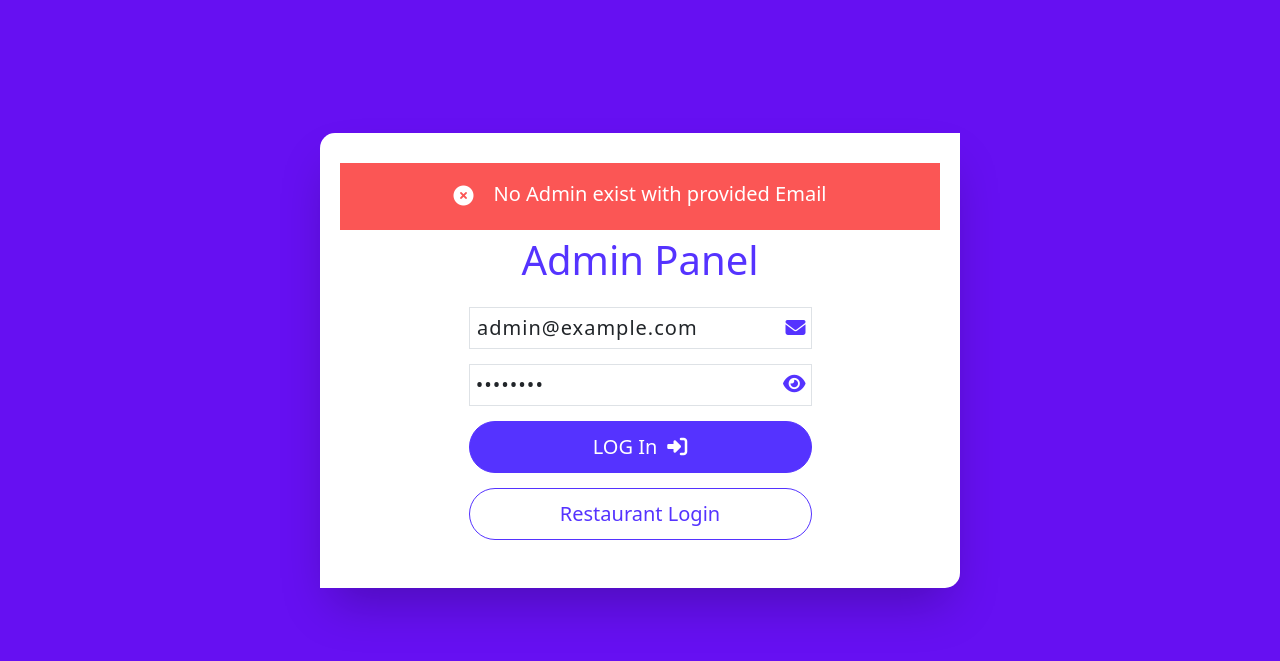
Repository: FlyweisReact/GopalAdminPanel
Page: /
An editor plug-in stored every save of this project. The page is shown before and after a run of saves, followed by the edit.
The browser window is 1280 px wide. The pictures show the whole page.
Some web libraries are served in a nearby version. The project was rebuilt for these pictures with package versions that can differ from the ones it lists, and the page was loaded fresh each time. Also part of the build but not shown: src/components/pages/Dashboard.jsx, src/vendorPanel/components/Auth.jsx, src/components/BaseUrl.jsx, src/components/pages/products/Products.jsx, src/components/pages/categories/Categories.jsx, src/components/pages/banner/Banner.jsx, src/components/pages/orders/Orders.jsx, src/components/pages/terms/Terms.jsx and 50 more. Imported but missing from the stored project, and not drawn on this page: src/components/layout/HOC.

Above is the page before, as saved 2023-04-03 13:11:02.

After the next 2 saves:
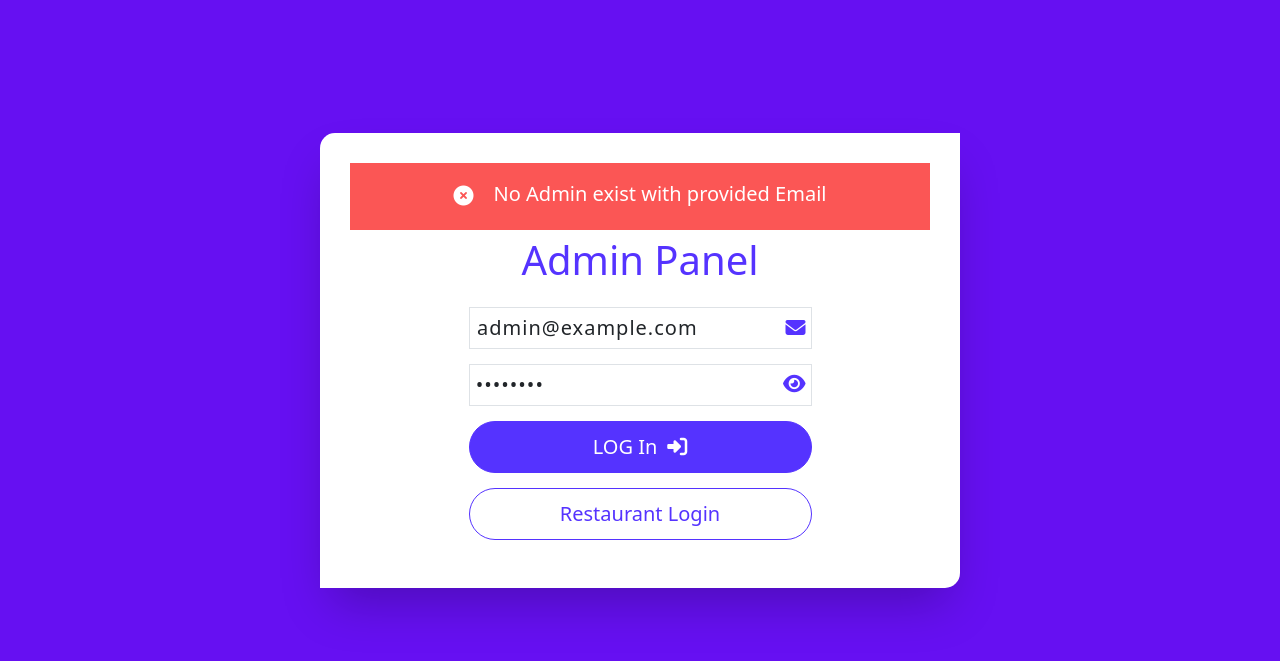
The 2 saves are shown as one change because they came seconds apart.
The last was saved 8 s later.
--- a/src/index.css
+++ b/src/index.css
@@ -138,7 +138,7 @@ code {
 }
 
 .alertDiv{
-  width: 600px;
+  width: 100%;
   display: flex;
   gap: 20px;
   align-items: center;
@@ -146,6 +146,7 @@ code {
   border: 1px solid #fb5655 ;
   background-color: #fb5655;
   padding: 10px;
+
 }
 .alertDiv i{
   color: #fff;
